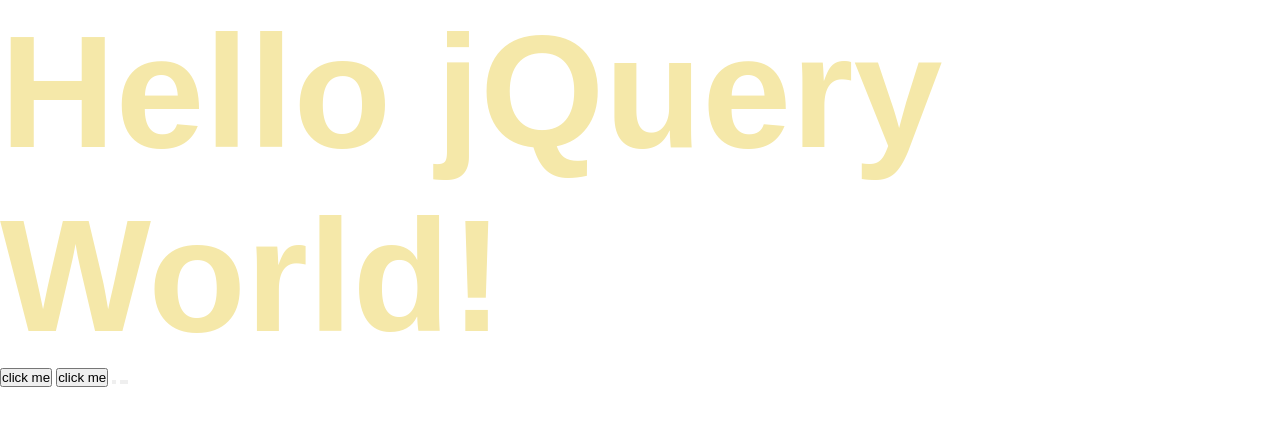
Repository: doncsar/yu-frontend-bootcamp
Page: 18-jQuery/index.html
An editor plug-in stored every save of this project. The page is shown before and after a run of saves, followed by the edit.
The browser window is 1280 px wide. The pictures show the whole page.

Above is the page before, as saved 2024-01-28 14:49:22.

After the next 3 saves:
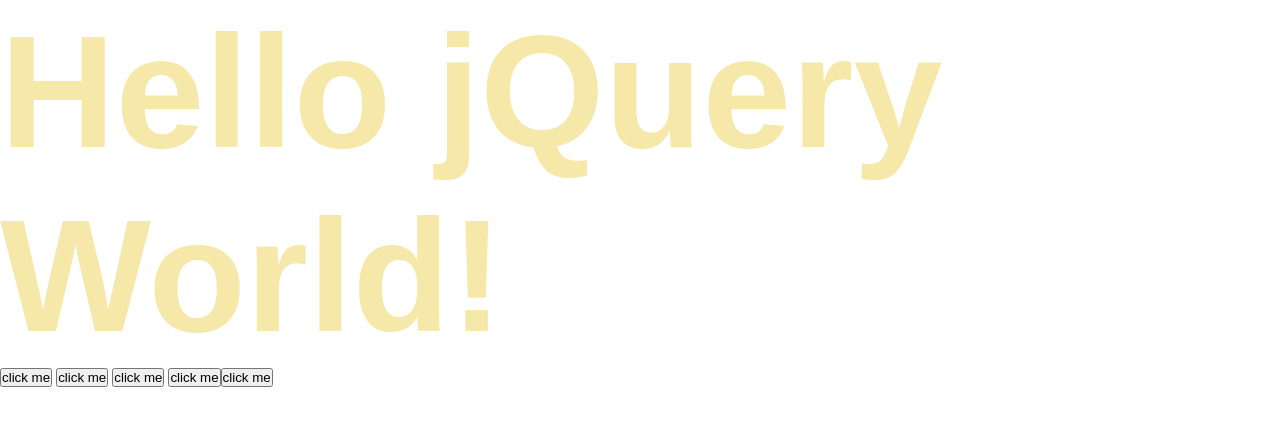
The 3 saves are shown as one change because they came seconds apart.
The last was saved 8 s later.
--- a/18-jQuery/index.html
+++ b/18-jQuery/index.html
@@ -29,9 +29,9 @@
       <div>
          <button>click me</button>
          <button>click me</button>
-         <button></button>
-         <button></button
-         ><button></button>
+         <button>click me</button>
+         <button>click me</button
+         ><button>click me</button>
       </div>
       <script src="https://ajax.googleapis.com/ajax/libs/jquery/3.7.1/jquery.min.js"></script>
    </body>
